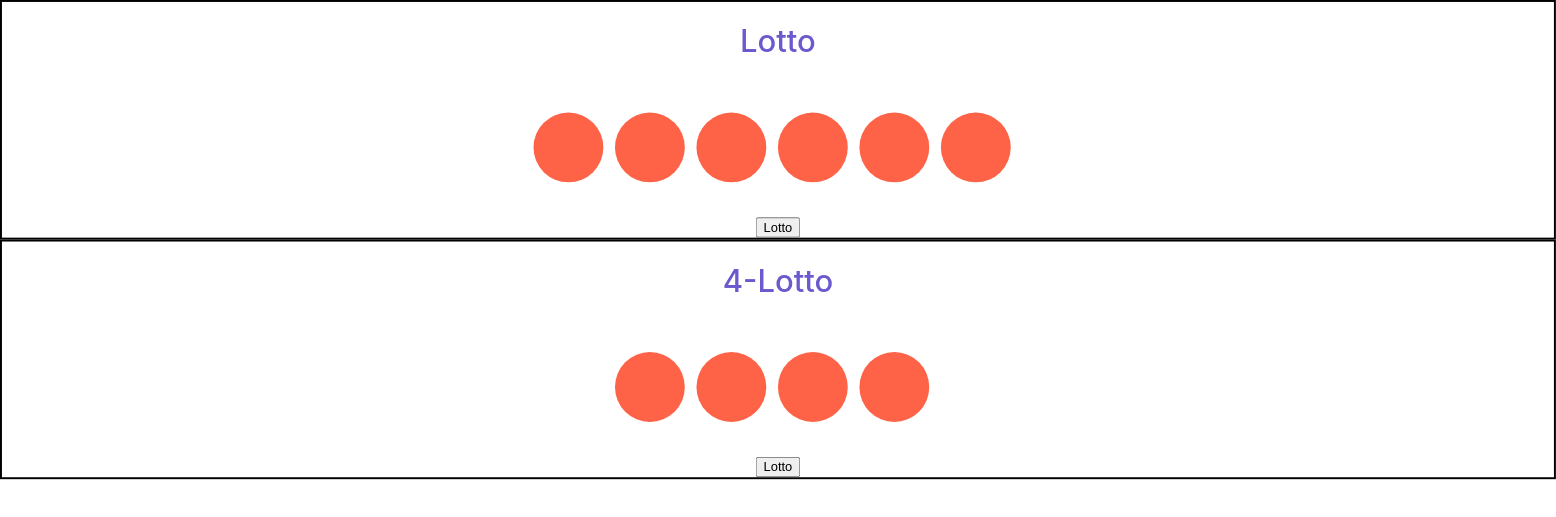
Repository: dung8466/learn-react
Page: / (app in lottery/)
These files come from the project's save history. The page is drawn as it stood at one moment and after the next save; the edit follows.
The browser window is 1280 px wide. The page is 1604 px wide, then 1280 px, so the pictures cover 1604 px, including what lies to the right of the window. The pictures show the whole page, at 97% of full size.
The project was rebuilt for these pictures with package versions that can differ from the ones it lists, and the page was loaded fresh each time.

Above is the page before, as saved 2022-09-18 21:04:38.

After the next save:
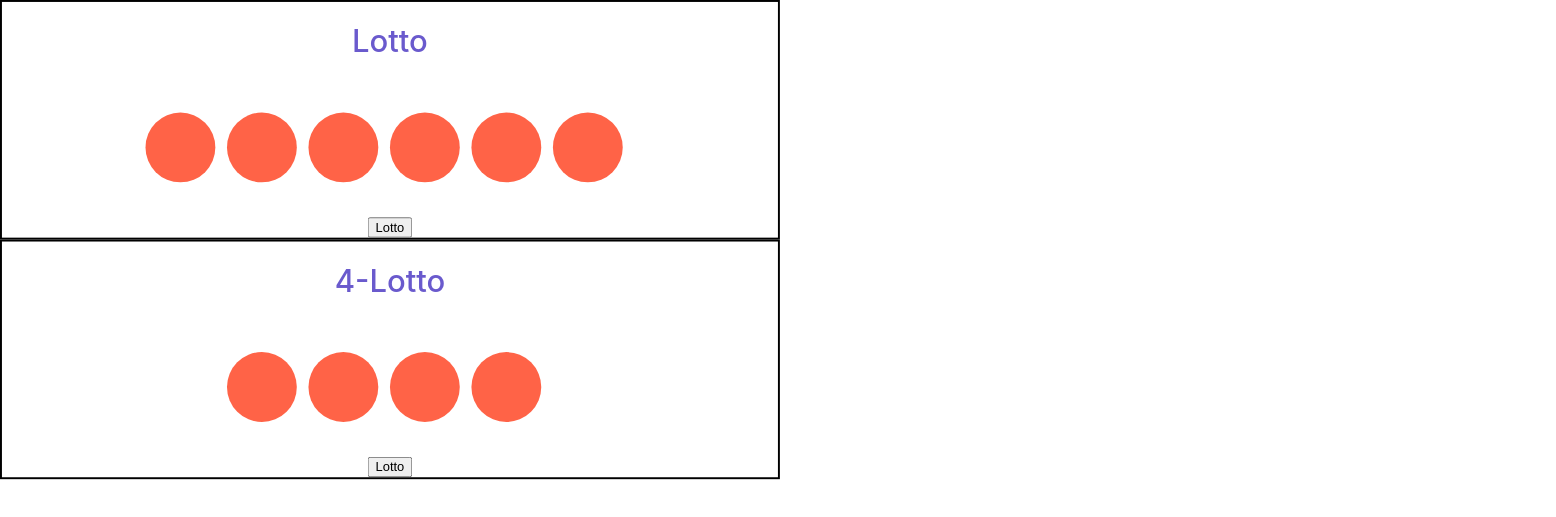
Saved 8 s later.
--- a/lottery/src/Lotto.css
+++ b/lottery/src/Lotto.css
@@ -6,7 +6,7 @@
     flex-wrap: wrap;
     gap: 2em;
     border: 2px solid black;
-    width: 100em;
+    width: 50em;
 }
 
 .lotto h1{
